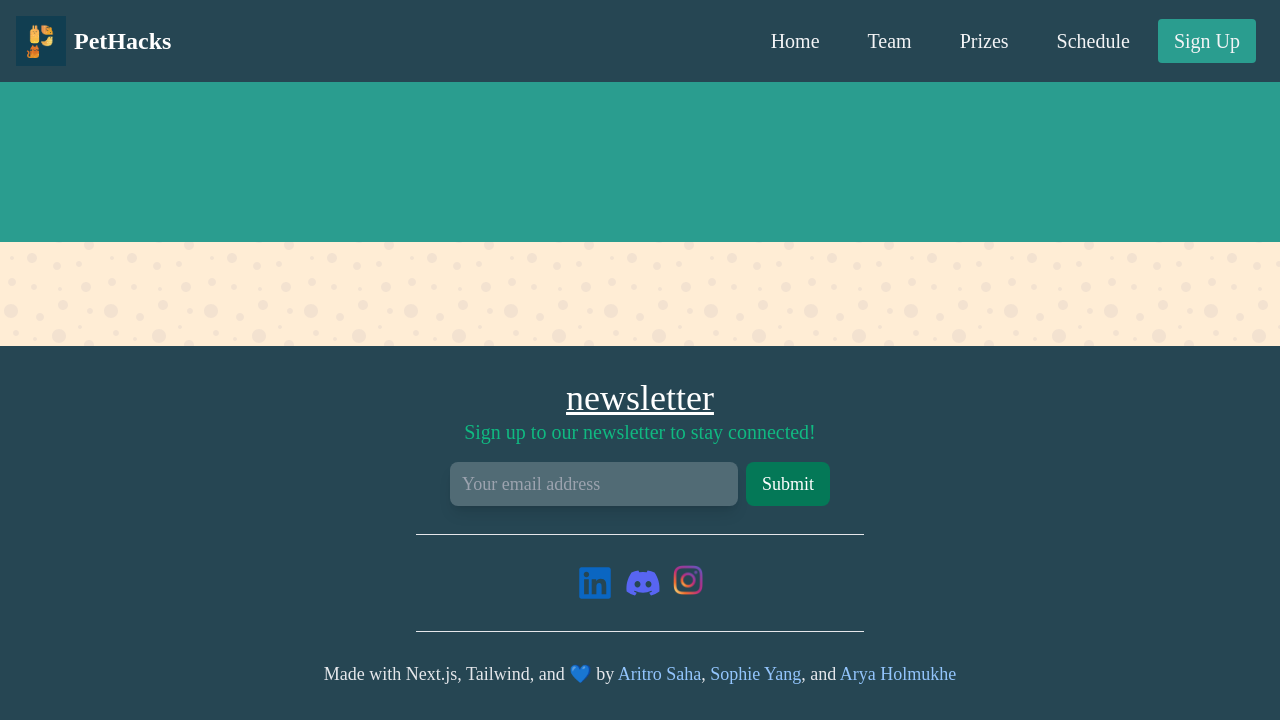
Repository: AritroSaha10/pethacks-website
Page: /schedule
An editor plug-in stored every save of this project. The page is shown before and after a run of saves, followed by the edit.
The browser window is 1280 px wide. The pictures show the whole page.
Some web fonts or font styles are not loaded; a fallback is used. The project was rebuilt for these pictures with package versions that can differ from the ones it lists, and the page was loaded fresh each time. The framework's server and built-in components were replaced by stand-ins that run in the browser. Also part of the build but not shown: next.config.js.

Above is the page before, as saved 2022-09-10 08:52:12.

### pages/schedule.tsx
import Layout from '../components/Layout'
import Navbar from "@components/Navbar"
import SectionHead from "@components/SectionHead"

export default function Schedule() {
    return (
        <Layout name="Schedule" noNavbar>
            <Navbar />
            <SectionHead />
        </Layout>
    )
}

### styles/globals.css
@import url('https://fonts.googleapis.com/css2?family=Gaegu&family=Space+Mono&display=swap');

@tailwind base;
@tailwind components;
@tailwind utilities;

@layer base {
    html {
        font-family: Gaegu;
    }
}

.svg-background {
    background-image: url("data:[embedded picture, 1230 characters]");
}

.wiggles-background {
    background-image: url("data:[embedded picture, 494 characters]");
}

### components/Layout.tsx
import Head from "next/head"

import Navbar from "./Navbar"
import Footer from "./Footer"

import { m } from "framer-motion"

const transition = { ease: [0.6, 0.01, -0.05, 0.9] };

const contentVariants = {
    initial: { y: 200, opacity: 0 },
    animate: { y: 0, opacity: 1 },
    exit: { y: -200, opacity: 0 },
    transition: { duration: 0.4, ...transition }
}

export default function Layout({ name, children, noAnim, noNavbar }: { name: string, children: any, noAnim?: boolean, noNavbar?: boolean }) {
    const title = `${name} | PetHacks`;
    const description = "WEBSITE DESCRIPTION";
    const imageSrc = "CHANGE ME"

    return (
        <div className="flex flex-col min-h-screen bg-orange-100 overflow-hidden" key={name}>
            <Head>
                <title>{title}</title>
                <meta name="description" content={description} />

                <meta property="og:title" content={title} />
                <meta property="og:description" content={description} />
                <meta property="og:type" content="website" />
                <meta property="og:image" content={imageSrc} />
                <meta property="og:image:type" content="image/png" />
                <meta property="og:image:width" content="1111" />
                <meta property="og:image:height" content="1111" />

                <meta name="twitter:card" content="summary_large_image" />
                <meta name="twitter:creator" content="@YOUR_TWITTER" />
                <meta property="twitter:title" content={title} />
                <meta property="twitter:description" content={description} />
                <meta property="twitter:image:src" content={imageSrc} />
            </Head>

            {noNavbar ? <></> : <Navbar />}

            {noAnim ? (
                <div
                    className="flex-grow flex flex-col"
                >
                    {children}
                </div>
            ) : (
                <m.div
                    initial={contentVariants.initial}
                    animate={contentVariants.animate}
                    exit={contentVariants.exit}
                    transition={contentVariants.transition}
                    className="flex-grow flex flex-col svg-background"
                >
                    {children}
                </m.div>
            )}

            <Footer />
        </div>
    )
}

### components/Navbar.tsx
import Link from "next/link";
import Image from "next/image";
import { useState } from "react";

import Logo from "@media/logo.png";

import { GoThreeBars } from "react-icons/go"

const links = [
    {
        name: "Home",
        link: "/",
        id: "home",
        priority: false
    },
    {
        name: "Team",
        link: "/team",
        id: "team",
        priority: false
    },
    {
        name: "Prizes",
        link: "/prizes",
        id: "prizes",
        priority: false
    },
    {
        name: "Schedule",
        link: "/schedule",
        id: "schedule",
        priority: false
    },
    {
        name: "Sign Up",
        link: "/sign-up",
        id: "sign-up",
        priority: true
    },
];

export default function Header() {
    const [showDropdown, setShowDropdown] = useState(false);

    return (
        <header className="bg-pet-teal py-2 lg:py-4 sticky">
            <div className="container px-4 mx-auto lg:flex lg:items-center">
                <div className="flex justify-between items-center">
                    <Link href="/">
                        <a className="flex justify-between items-center font-bold text-2xl text-white gap-2">
                            <Image src={Logo} alt="logo" width={50} height={50} />
                            <span>PetHacks</span>
                        </a>
                    </Link>

                    <button
                        className="border border-solid border-gray-600 px-3 py-1 rounded text-white opacity-50 hover:opacity-75 lg:hidden"
                        aria-label="Menu"
                        data-test-id="navbar-menu"
                        onClick={
                            () => {
                                setShowDropdown(!showDropdown);
                            }}
                        >
                        <GoThreeBars />
                    </button>
                </div>

                <div className={`${showDropdown ? "flex" : "hidden"} lg:flex flex-col lg:flex-row lg:ml-auto mt-3 lg:mt-0 text-xl`} data-test-id="navbar">
                    {
                        links.map(({ name, link, priority, id }) =>
                            <Link key={name} href={link}>
                                <a
                                    className={`${priority ? "text-gray-100 bg-pet-turquoise hover:bg-pet-turquoise/50 hover:text-white text-center mt-1 lg:mt-0 lg:ml-1" : "text-gray-100 hover:bg-gray-400/20 hover:text-gray-100 "} p-2 lg:px-4 lg:mx-2 rounded duration-300 transition-colors `}
                                    data-test-id={`navbar-${id}`}
                                >
                                    {name}
                                </a>
                            </Link>
                        )
                    }
                </div>
            </div>
        </header>
    )
}

### components/SectionHead.tsx
import React from 'react';

export default function SectionHead({ title, subtitle }: { title: string, subtitle: string }) {
  return (
    <div className="h-40 bg-pet-turquoise text-center text-white grid place-content-center">
      <h1 className="font-bold text-6xl p-3">{title}</h1>
      <p>{subtitle}</p>
    </div>
  )
}

### components/Footer.tsx
import React, { useState } from 'react'
import Link from 'next/link'
import Image from 'next/image'

import axios from 'axios'

import EmailRegex from '@util/EmailRegex'

import logo from '@media/logo.png'
import InstagramLogo from "@media/ig.png"
import { FaLinkedin, FaDiscord } from 'react-icons/fa'

const buttonColoring =
    'bg-emerald-700 text-white hover:bg-white hover:text-emerald-700 active:bg-emerald-500 active:text-white transition-all duration-300'

enum EmailState {
    Neutral,
    Invalid,
    Success,
    Sending
}

export default function Footer() {
    const [emailState, setEmailState] = useState(EmailState.Neutral)

    const handleSubmit = async (e: React.FormEvent<HTMLFormElement>) => {
        e.preventDefault()

        // Extract email from form data
        const formData = Object.fromEntries(new FormData(e.currentTarget))
        const email = formData.email.toString()

        // Match using regex
        if (email === '' || !email.match(EmailRegex)) {
            setEmailState(EmailState.Invalid);
            return;
        }

        // Submit to Airtable
        setEmailState(EmailState.Sending);

        try {
            const startingTime = new Date().getTime();

            // TODO: IMPLEMENT THIS API FUNCTION
            await axios.post("/api/addToNewsletter", {
                email: email
            });

            // Slow down animation to take at least 300ms on user end so it's smoother
            await new Promise(resolve => {
                setTimeout(resolve.bind(null, null), 300 - (new Date().getTime() - startingTime));
            });
        } catch (e) {
            // We don't need the user to know of the error, but log it for later uses
            console.error("Error when sending email", e);
        }

        // Let user know it was sent successfully
        setEmailState(EmailState.Success);
    }

    return (
        <footer className="flex flex-col justify-between gap-4 px-12 lg:px-20 py-8 bg-pet-teal items-center z-[99999999] text-center sm:text-left">

            <div className="flex flex-col items-center lg:w-1/3" id="newsletter">
                <h2 className="text-4xl text-white underline">newsletter</h2>
                <p className="text-xl text-emerald-500">
                    Sign up to our newsletter to stay connected!
                </p>

                <div>
                    <form className="flex flex-col sm:flex-row items-center gap-2 mt-4 text-center lg:text-left" onSubmit={handleSubmit} noValidate>
                        <input
                            className={`text-lg rounded-lg py-2 px-3 w-60 sm:w-72 align-middle text-white outline-none focus:ring-2 focus:ring-emerald-700 duration-200 bg-white/20 shadow-lg focus:shadow-none ${emailState == EmailState.Invalid && "ring-1 ring-red-600"}`}
                            placeholder="Your email address"
                            name="email"
                            type="email"
                            onChange={() => setEmailState(EmailState.Neutral)}
                            required
                        />
                        <input
                            type="submit"
                            className={`rounded-lg py-2 px-4 w-60 sm:w-auto text-lg ${buttonColoring} hover:cursor-pointer`}
                        />
                    </form>

                    {emailState == EmailState.Invalid && (
                        <p className="text-sm text-red-500">
                            Please provide a valid email address.
                        </p>
                    )}

                    {emailState == EmailState.Success && (
                        <p className="text-sm text-emerald-400">Thanks for submitting!</p>
                    )}
                </div>
            </div>

            <hr className="h-px bg-white w-full lg:w-[40%] my-3" />

            <div className="flex items-center justify-center gap-3 text-4xl">
                <a
                    href=""
                    className="text-[#0A66C2] hover:text-[#0A66C2]/75 active:text-[#0A66C2]/50 duration-200"
                    target="_blank"
                    rel="noreferrer"
                    title="LinkedIn"
                >
                    <FaLinkedin />
                </a>

                <a
                    href=""
                    className="text-[#5865F2] hover:text-[#5865F2]/75 active:text-[#5865F2]/50 duration-200"
                    target="_blank"
                    rel="noreferrer"
                    title="Discord"
                >
                    <FaDiscord />
                </a>

                <a
                    href=""
                    className="text-[#F77737] hover:text-[#F77737]/75 active:text-[#F77737]/50 duration-200"
                    target="_blank"
                    rel="noreferrer"
                    title="Instagram"
                >
                    <Image src={InstagramLogo} width={30} height={30} alt="instagram" />
                </a>
            </div>

            <hr className="h-px bg-white w-full lg:w-[40%] my-3" />

            <p className='text-lg text-gray-200'>
                Made with Next.js, Tailwind, and 💙 by
                {" "}
                <a href="https://aritrosaha.vercel.app" target="_blank" rel="noreferrer" className='text-blue-300 hover:text-blue-500 duration-150'>
                    Aritro Saha
                </a>
                ,{" "}
                <a href="https://www.linkedin.com/in/sophie-yang-66b855216" target="_blank" rel="noreferrer" className='text-blue-300 hover:text-blue-500 duration-150'>
                    Sophie Yang
                </a>
                , and {" "}
                <a href="" target="_blank" rel="noreferrer" className='text-blue-300 hover:text-blue-500 duration-150'>
                    Arya Holmukhe
                </a>
            </p>
        </footer>
    )
}

### util/EmailRegex.ts
const EmailRegex = /(?:[a-z0-9!#$%&'*+/=?^_`{|}~-]+(?:\.[a-z0-9!#$%&'*+/=?^_`{|}~-]+)*|"(?:[\x01-\x08\x0b\x0c\x0e-\x1f\x21\x23-\x5b\x5d-\x7f]|\\[\x01-\x09\x0b\x0c\x0e-\x7f])*")@(?:(?:[a-z0-9](?:[a-z0-9-]*[a-z0-9])?\.)+[a-z0-9](?:[a-z0-9-]*[a-z0-9])?|\[(?:(?:25[0-5]|2[0-4][0-9]|[01]?[0-9][0-9]?)\.){3}(?:25[0-5]|2[0-4][0-9]|[01]?[0-9][0-9]?|[a-z0-9-]*[a-z0-9]:(?:[\x01-\x08\x0b\x0c\x0e-\x1f\x21-\x5a\x53-\x7f]|\\[\x01-\x09\x0b\x0c\x0e-\x7f])+)\])/;
export default EmailRegex;

### tailwind.config.js
/** @type {import('tailwindcss').Config} */
module.exports = {
  content: [
    "./pages/**/*.{js,ts,jsx,tsx}",
    "./components/**/*.{js,ts,jsx,tsx}",
  ],
  theme: {
    extend: {
      fontFamily: {
        desc:['Gaegu', 'cursive;']
      },
      colors: {
        "pet-teal": "#264653",
        "pet-turquoise": "#2A9D8F",
        "pet-yellow": "#E9C46A",
        "pet-lightorange": "#F4A261",
        "pet-red": "#E76F51"
      }
    },
  },
  plugins: [],
}

Loaded but not shown: pages/_app.tsx (common file)

After the next 5 saves:
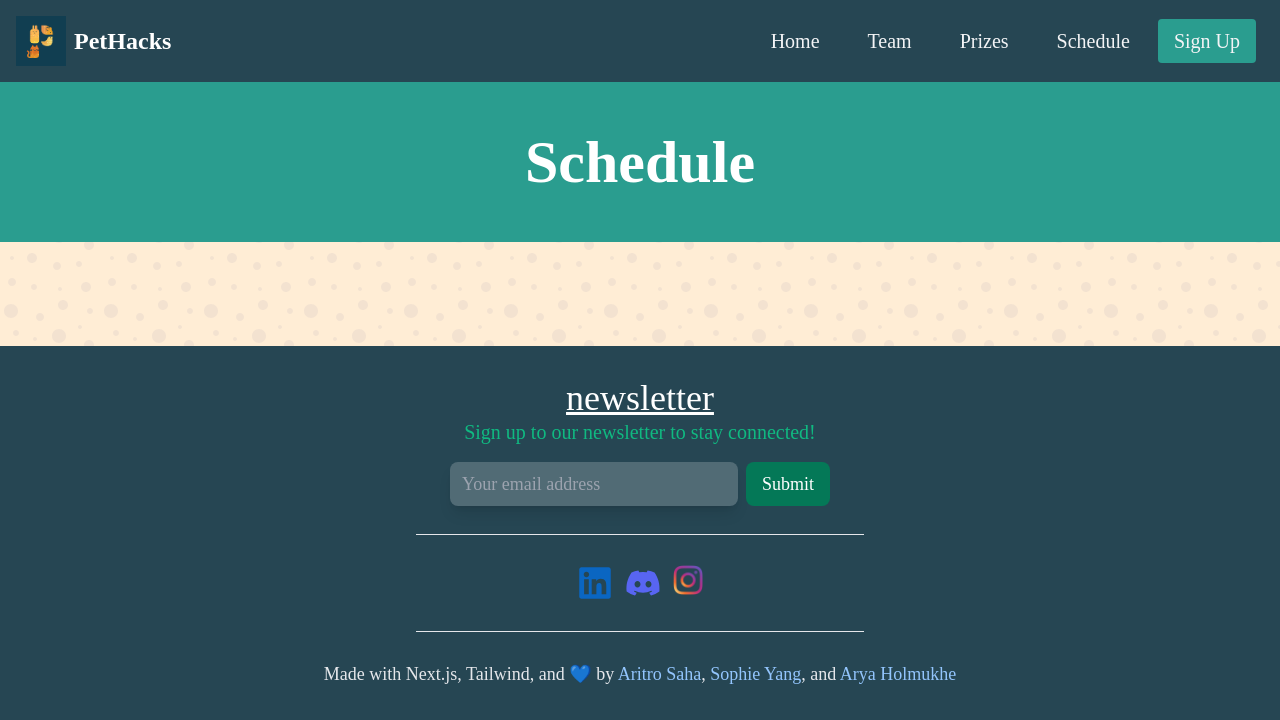
The 5 saves are shown as one change because they came seconds apart.
The last was saved 21 s later.
--- a/pages/schedule.tsx
+++ b/pages/schedule.tsx
@@ -6,7 +6,7 @@ export default function Schedule() {
     return (
         <Layout name="Schedule" noNavbar>
             <Navbar />
-            <SectionHead />
+            <SectionHead title="Schedule" subtitle="" />
         </Layout>
     )
 }
